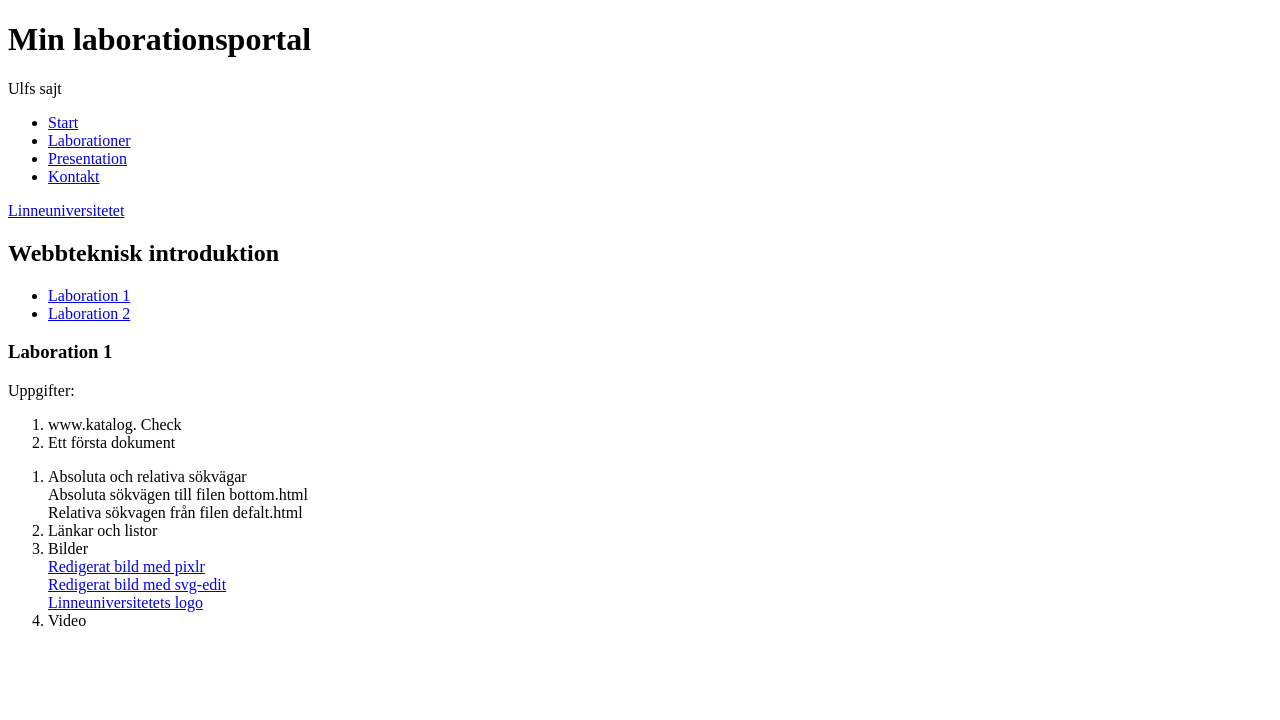
Repository: ulfek/laborationer
Page: pages/laborationer.html
The author's editor kept a record of every edit. The page is drawn from the files as they stood at one moment, then again after the next edit.
The browser window is 1280 px wide. The pictures show the whole page.

Above is the page before.

After the next edit:
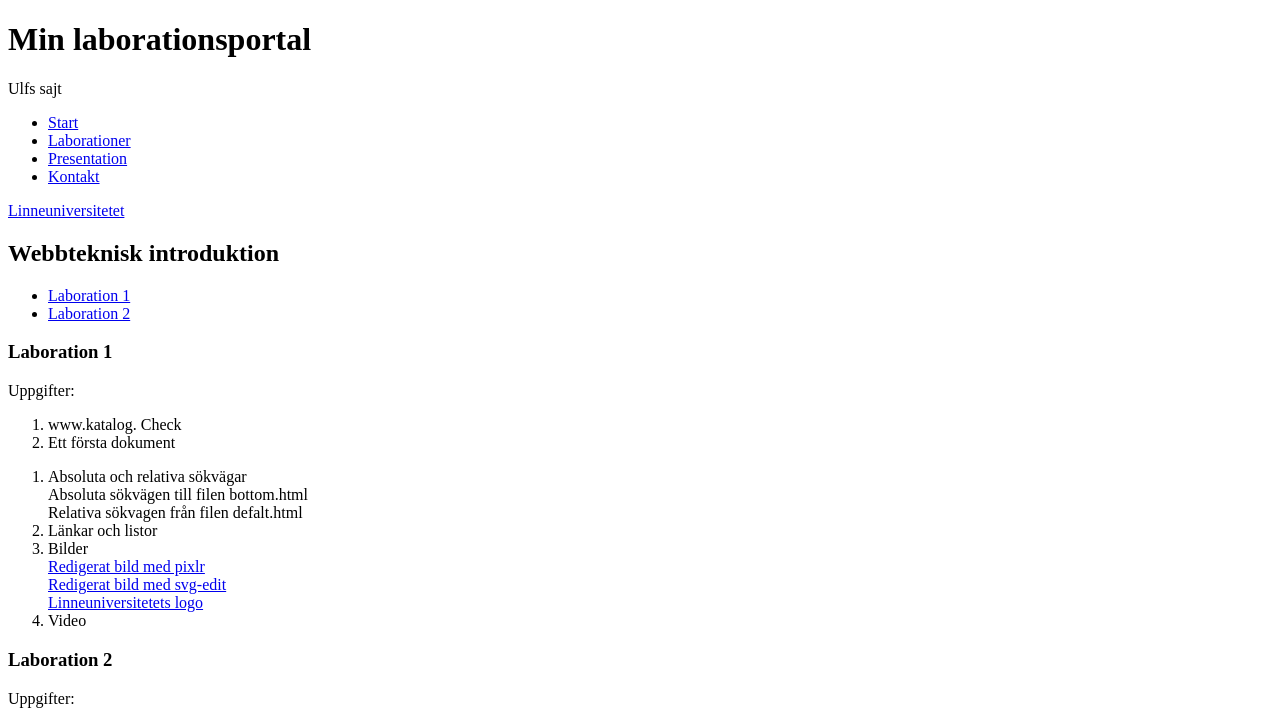
The edit:
--- a/pages/laborationer.html
+++ b/pages/laborationer.html
@@ -37,6 +37,7 @@
             <a href="../pics/logo_linneuniversitetet_test.png">Linneuniversitetets logo</a>
             <li>Video</li>
         </ol>
-
+        <h3 id="lab2">Laboration 2</h3>
+        Uppgifter:
     </body>
 </html>
